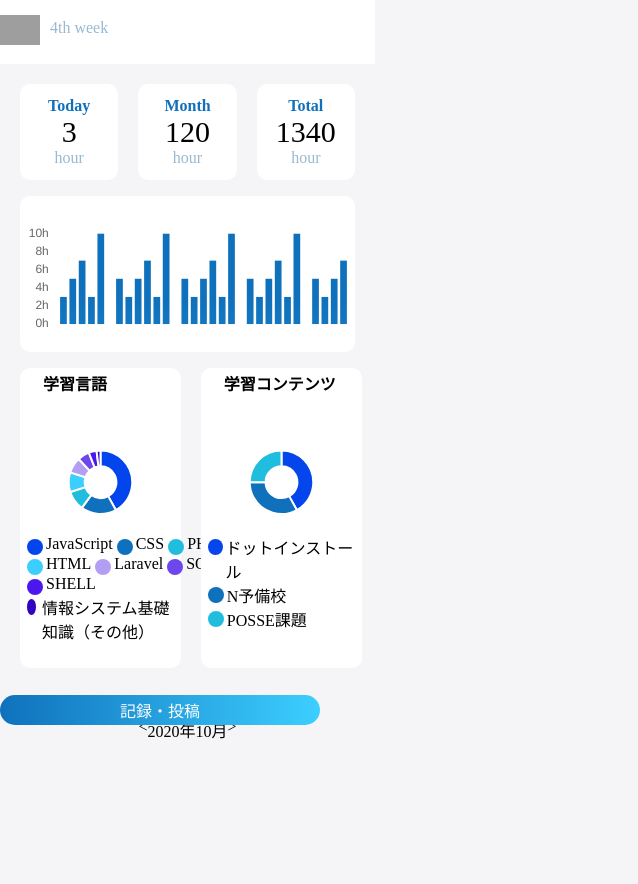
Repository: posse-ap/gen2.0-kamibayasitaito
Page: app/app.html
These files come from the project's save history. The page is drawn as it stood at one moment and after a run of saves; the edit follows.
The browser window is 375 px wide. The page is 638 px wide, so the pictures cover 638 px, including what lies to the right of the window. The pictures show the whole page.
Pictures or frames that could not be fetched are drawn as grey boxes. Some web libraries are served in a nearby version.

Above is the page before, as saved 2021-11-26 18:55:51.

After the next 2 saves:
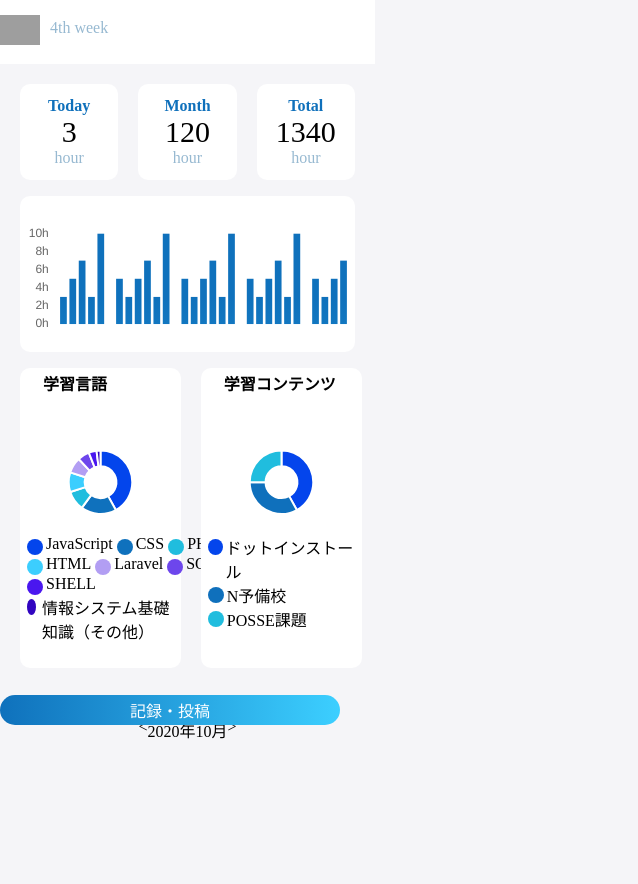
The 2 saves are shown as one change because they came seconds apart.
The last was saved 8 s later.
--- a/app/app_smartphone.css
+++ b/app/app_smartphone.css
@@ -322,7 +322,7 @@
             text-align: center;
             color: white;
               height: 30px;
-              width:320px ;
+              width:340px ;
               transform: translateY(50%);
              border-radius: 30px;
               background: linear-gradient(to right,#0f71bc,#3ccfff);
